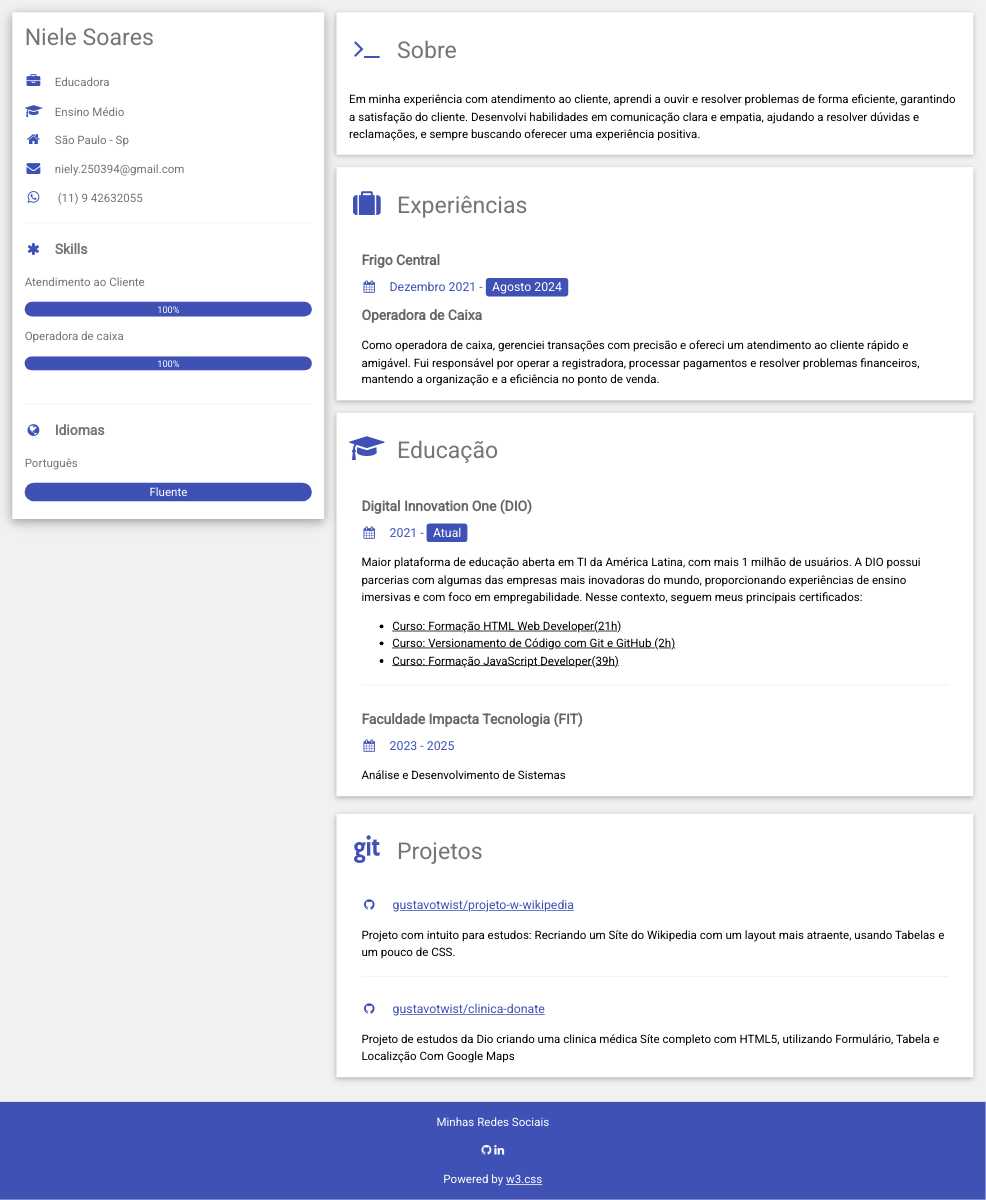
Repository: gustavotwist/cv2
Page: index.html
These files come from the project's save history. The page is drawn as it stood at one moment and after the next save; the edit follows.
The browser window is 1280 px wide. The pictures show the whole page, at 77% of full size.

Above is the page before, as saved 2024-08-23 17:28:52.

After the next save:
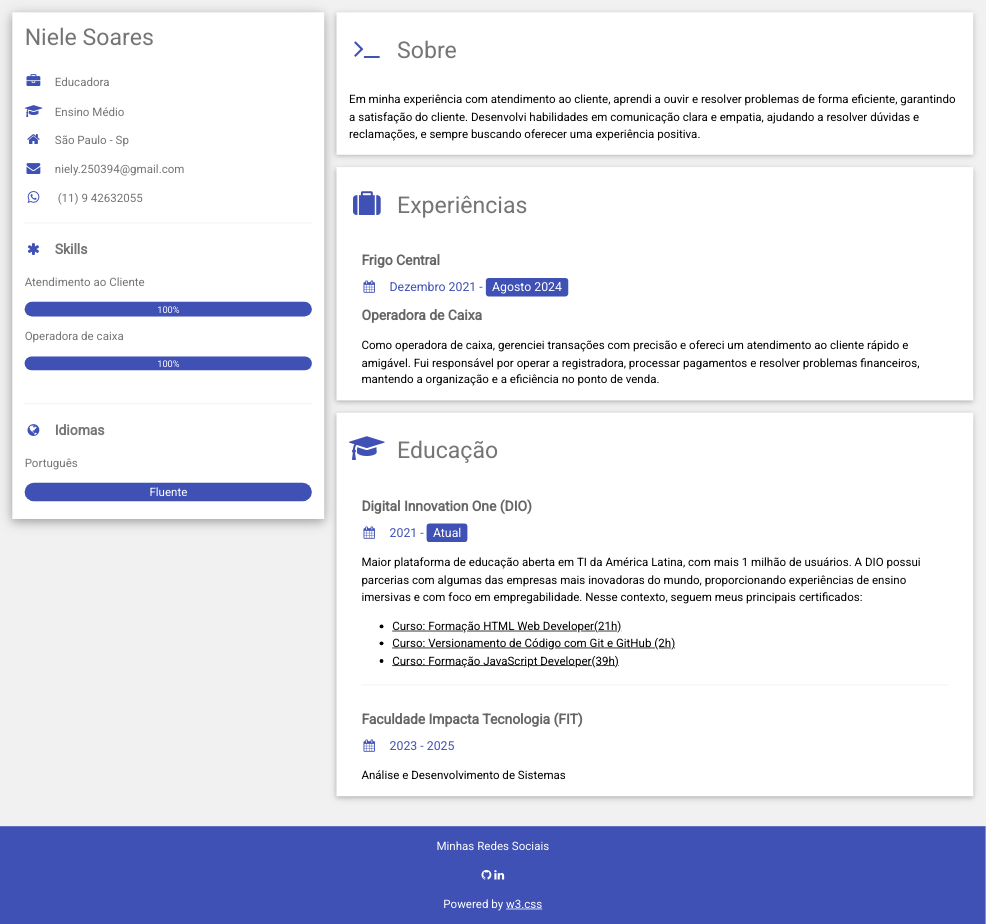
Saved 12 min 24 s later.
--- a/index.html
+++ b/index.html
@@ -118,26 +118,7 @@
               <p>Análise e Desenvolvimento de Sistemas</p>
             </div>
           </div><br>
-          <div class="w3-container w3-card w3-white w3-margin-bottom">
-            <h2 class="w3-text-grey w3-padding-16">
-              <i class="fa fa-git fa-fw w3-margin-right w3-xxlarge w3-text-indigo"></i>Projetos
-            </h2>
-            <div class="w3-container">
-              <h6 class="w3-text-indigo">
-                <i class="fa fa-github fa-fw w3-margin-right"></i>
-                <a href="https://github.com/gustavotwist/projeto-w-wikipedia" target="_blank">gustavotwist/projeto-w-wikipedia</a>
-              </h6>
-              <p>Projeto com intuito para estudos: Recriando um Síte do Wikipedia com um layout mais atraente, usando Tabelas e um pouco de CSS.</p>
-              <hr>
-            </div>
-            <div class="w3-container">
-              <h6 class="w3-text-indigo">
-                <i class="fa fa-github fa-fw w3-margin-right"></i>
-                <a href="https://github.com/gustavotwist/clinica-donate" target="_blank">gustavotwist/clinica-donate</a>
-              </h6>
-              <p>Projeto de estudos da Dio criando uma clinica médica Síte completo com HTML5, utilizando Formulário, Tabela e Localizção Com Google Maps</p>
-            </div>
-          </div>
+
 
           <!-- End Right Column -->
         </div>
